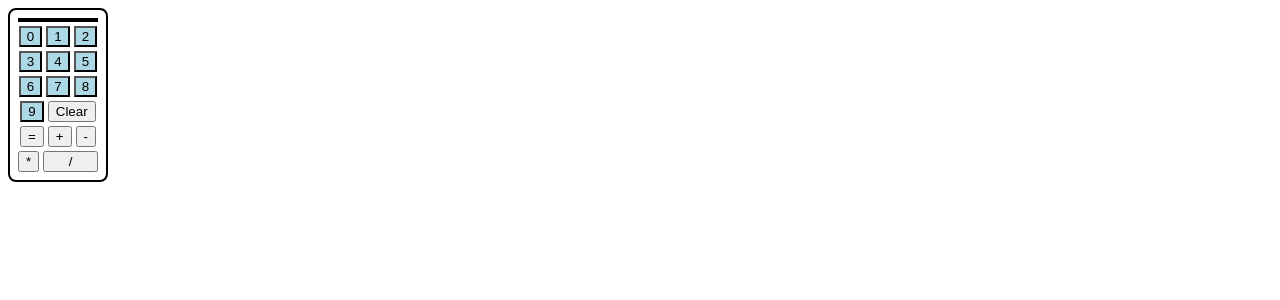
Repository: weazzyefff/Calculator-App
Page: index.html
An editor plug-in stored every save of this project. The page is shown before and after the next save, followed by the edit.
The browser window is 1280 px wide. The pictures show the whole page.
After loading, the first visible `#clear` was clicked once.

Above is the page before, as saved 2022-12-20 20:17:33.

### index.html
<!DOCTYPE html>
<html>
<head>
	<meta charset="utf-8">
	<meta name="viewport" content="width=device-width, initial-scale=1">
	<title>Calculator App</title>
    <link rel="stylesheet" href="style.css">
    <script src="script.js" defer></script>
</head>
<body>
    <div class="container">
        <div class="display">0</div>
        <button type ="input" class="numbtn" id="0">0</button>
        <button type ="input" class="numbtn" id="1">1</button>
        <button type ="input" class="numbtn" id="2">2</button>
        <button type ="input" class="numbtn" id="3">3</button>
        <button type ="input" class="numbtn" id="4">4</button>
        <button type ="input" class="numbtn" id="5">5</button>
        <button type ="input" class="numbtn" id="6">6</button>
        <button type ="input" class="numbtn" id="7">7</button>
        <button type ="input" class="numbtn" id="8">8</button>
        <button type ="input" class="numbtn" id="9">9</button>
        <button type ="input" class="otherBtn" id="clear">Clear</button>
        <button type ="input" class="otherBtn" id="=">=</button>
        <button type ="input" class="otherBtn" id="+">+</button>
        <button type = "input" class="otherBtn" id="-">-</button>
        <button type = "input" class="otherBtn" id="*">*</button>
        <button type = "input" class="otherBtn" id="divide">/</button>
    </div>


</body>
</html>

### style.css
.container {
    border-radius: 8px;
    border: 2px solid black;
    width: 80px;
    display: flex;
    flex-wrap: wrap;
    align-items: center;
    justify-content: center;
    padding: 8px;
    gap: 4px;

}
.display {
    border: 2px solid black;
    width: 200px;
}
.numbtn {
    display: flex;
    background-color: lightblue;
}
.otherBtn {
    display: flex;
}
#divide {
    justify-content: center;
    flex-grow: 2;
}

### script.js
//Global variables
let actualValue = [];
let pendingVal = "";
let operator = "";

// Main functions
const add = (...args) => args.reduce((a, b) => a + b);

const subtract = (...args) => args.reduce((a, b) => a - b);

const multiply = (...args) => args.reduce((a, b) => a * b);

const divide = (...args) => args.reduce((a, b) => a / b);

const operate = (operator, actualValue) => {

    switch (operator) {

        case '+':
            return add(...actualValue);

        case '-':
            return subtract(actualValue);

        case '*':
            return multiply(actualValue);

        case '/':
            return divide(actualValue);

        default: console.log("Blackhole sun, won't you come");
    }
}
const zero = document.getElementById("0");
zero.addEventListener("click", (e) => {
    pendingVal = pendingVal + '0';
    document.querySelector(".display").innerHTML = pendingVal;
});

const one = document.getElementById("1");
one.addEventListener("click", (e) => {
    pendingVal = pendingVal + '1';
    document.querySelector(".display").innerHTML = pendingVal;
});
const two = document.getElementById("2");
two.addEventListener("click", (e) => {
    pendingVal = pendingVal + '2';
    document.querySelector(".display").innerHTML = pendingVal;

});
const three = document.getElementById("3");
three.addEventListener("click", (e) => {
    pendingVal = pendingVal + '3';
    document.querySelector(".display").innerHTML = pendingVal;
});
const four = document.getElementById("4");
four.addEventListener("click", (e) => {
    pendingVal = pendingVal + '4';
    document.querySelector(".display").innerHTML = pendingVal;
});
const five = document.getElementById("5");
five.addEventListener("click", (e) => {
    pendingVal = pendingVal + '5';
    document.querySelector(".display").innerHTML = pendingVal;
});
const six = document.getElementById("6");
six.addEventListener("click", (e) => {
    pendingVal = pendingVal + '6';
    document.querySelector(".display").innerHTML = pendingVal;
});
const seven = document.getElementById("7");
seven.addEventListener("click", (e) => {
    pendingVal = pendingVal + '7';
    document.querySelector(".display").innerHTML = pendingVal;
});
const eight = document.getElementById("8");
eight.addEventListener("click", (e) => {
    pendingVal = pendingVal + '8';
    document.querySelector(".display").innerHTML = pendingVal;
});
const nine = document.getElementById("9");
nine.addEventListener("click", (e) => {
    pendingVal = pendingVal + '9';
    document.querySelector(".display").innerHTML = pendingVal;
});
const clear = document.getElementById("clear");
clear.addEventListener("click", (e) => {
    pendingVal = "";
    document.querySelector(".display").innerHTML = pendingVal;

});
const addSign = document.getElementById("+");
addSign.addEventListener("click", (e) => {
    let newValue = pendingVal.slice(-2);
    operator = '+';
    pendingVal = pendingVal + ' + ';
    actualValue.push(parseInt(newValue));
    document.querySelector(".display").innerHTML = pendingVal;

});
const subtractSign = document.getElementById("-");
subtractSign.addEventListener("click", (e) => {
    operator = '-';
    pendingVal = pendingVal + ' - ';
    document.querySelector(".display").innerHTML = pendingVal;
});
const multiplySign = document.getElementById("*");
multiplySign.addEventListener("click", (e) => {
    operator = '*';
    pendingVal = pendingVal + ' * ';
    document.querySelector(".display").innerHTML = pendingVal;
});
const divideSign = document.getElementById("divide");
divideSign.addEventListener("click", (e) => {
    operator = '/';
    pendingVal = pendingVal + ' / ';
    document.querySelector(".display").innerHTML = pendingVal;
});
const equals = document.getElementById("=");
equals.addEventListener("click", (e) => {
    let newValue = pendingVal.slice(-2);
    actualValue.push(parseInt(newValue));
    return document.querySelector(".display").innerHTML = operate(operator, actualValue);
});


//console.log(operate('+',10, 5)); <<working

After the next save:
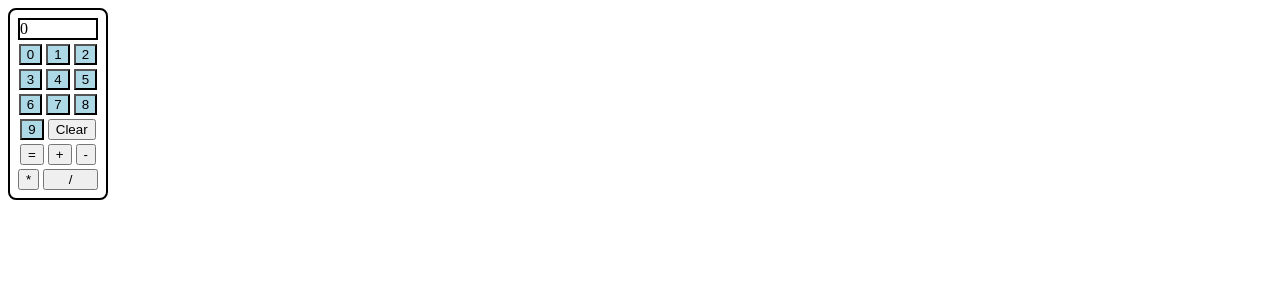
Saved 3 min 54 s later.
--- a/script.js
+++ b/script.js
@@ -85,7 +85,7 @@ nine.addEventListener("click", (e) => {
 });
 const clear = document.getElementById("clear");
 clear.addEventListener("click", (e) => {
-    pendingVal = "";
+    pendingVal = "0";
     document.querySelector(".display").innerHTML = pendingVal;
 
 });
